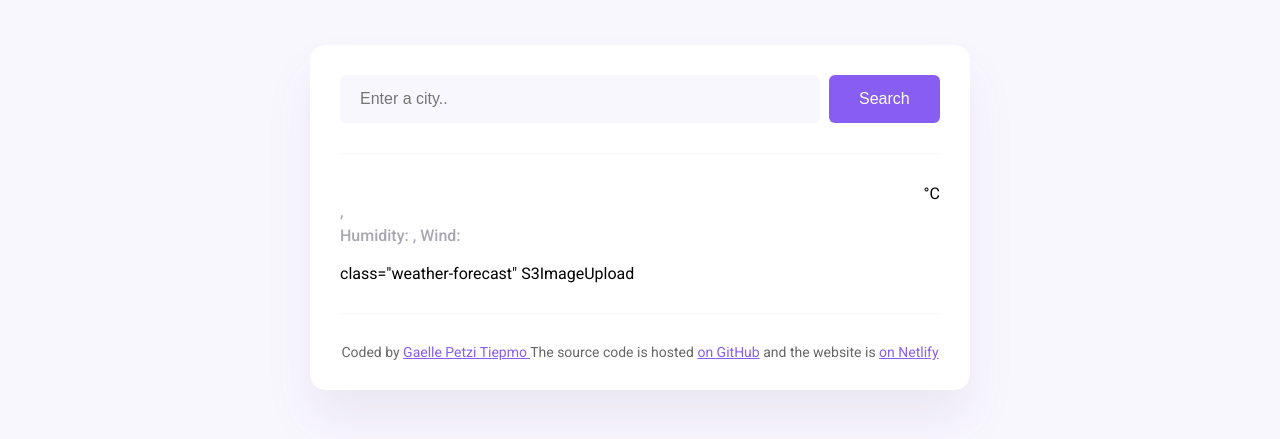
Repository: OnwardForward/meteo.by.gaelle
Page: meteo.appbygaelle.html
An editor plug-in stored every save of this project. The page is shown before and after a run of saves, followed by the edit.
The browser window is 1280 px wide. The pictures show the whole page.
The page's requests for data from a server got no answer. Some web libraries are served in a nearby version.

Above is the page before, as saved 2024-04-22 18:31:19.
Console error: TypeError: Cannot set properties of null (setting 'innerHTML')

After the next 5 saves:
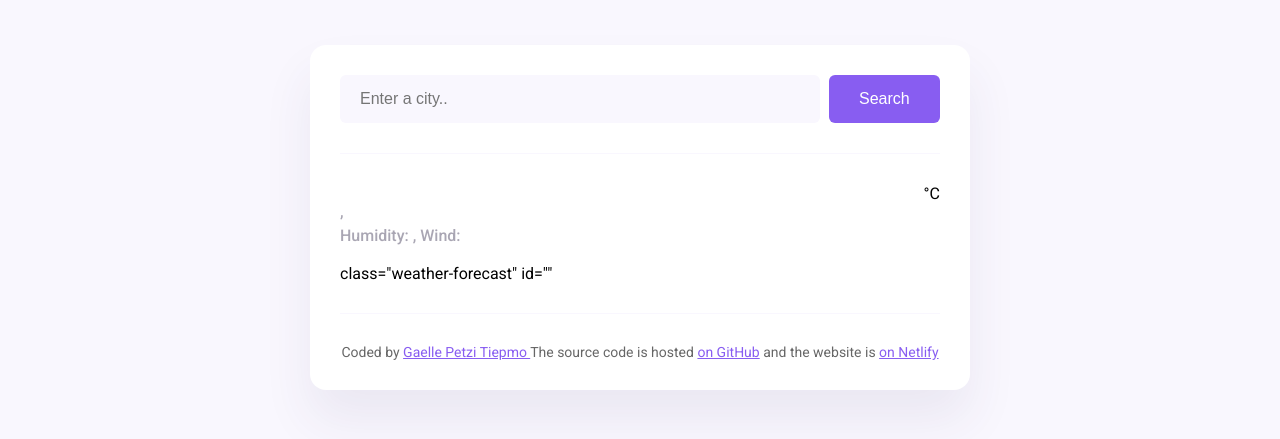
The 5 saves are shown as one change because they came seconds apart.
The last was saved 11 s later.
--- a/meteo.appbygaelle.html
+++ b/meteo.appbygaelle.html
@@ -45,7 +45,7 @@
             <div class="weatehr-app-unit">°C</div>
           </div>
         </div>
-        <div> class="weather-forecast" S3ImageUpload</div>
+        <div> class="weather-forecast" id=""</div>
       </main>
 
       <footer>
